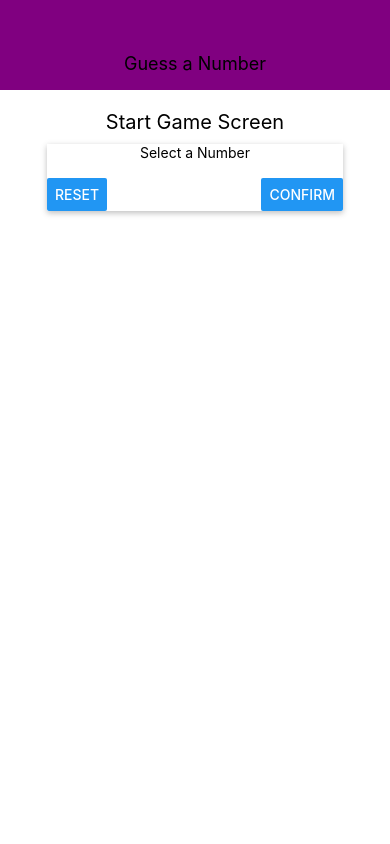
Repository: oguzhan18m/react-native-guess-number-game
Screen: /
The author's editor kept a copy of each file at every save. The screen is drawn from the files as they stood at one save, then again after the next save.
The app was drawn by React Native's web renderer in a window 390 px wide. The project was rebuilt for these pictures with package versions that can differ from the ones it lists, and the page was loaded fresh each time.

Above is the screen before, as saved 2021-03-03 22:04:33.

After the next save:
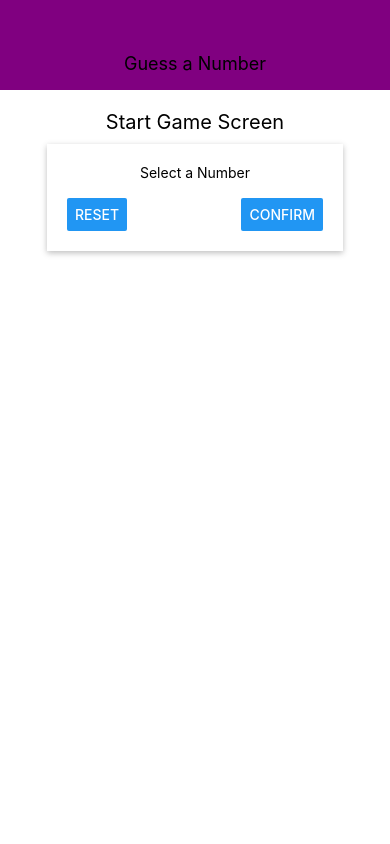
Saved 56 s later.
--- a/screens/StartGameScreen.js
+++ b/screens/StartGameScreen.js
@@ -46,6 +46,7 @@ const styles = StyleSheet.create({
         shadowOpacity:0.26,
         backgroundColor:'white',
         elevation:5,
+        padding:20,
     }
 });
 
